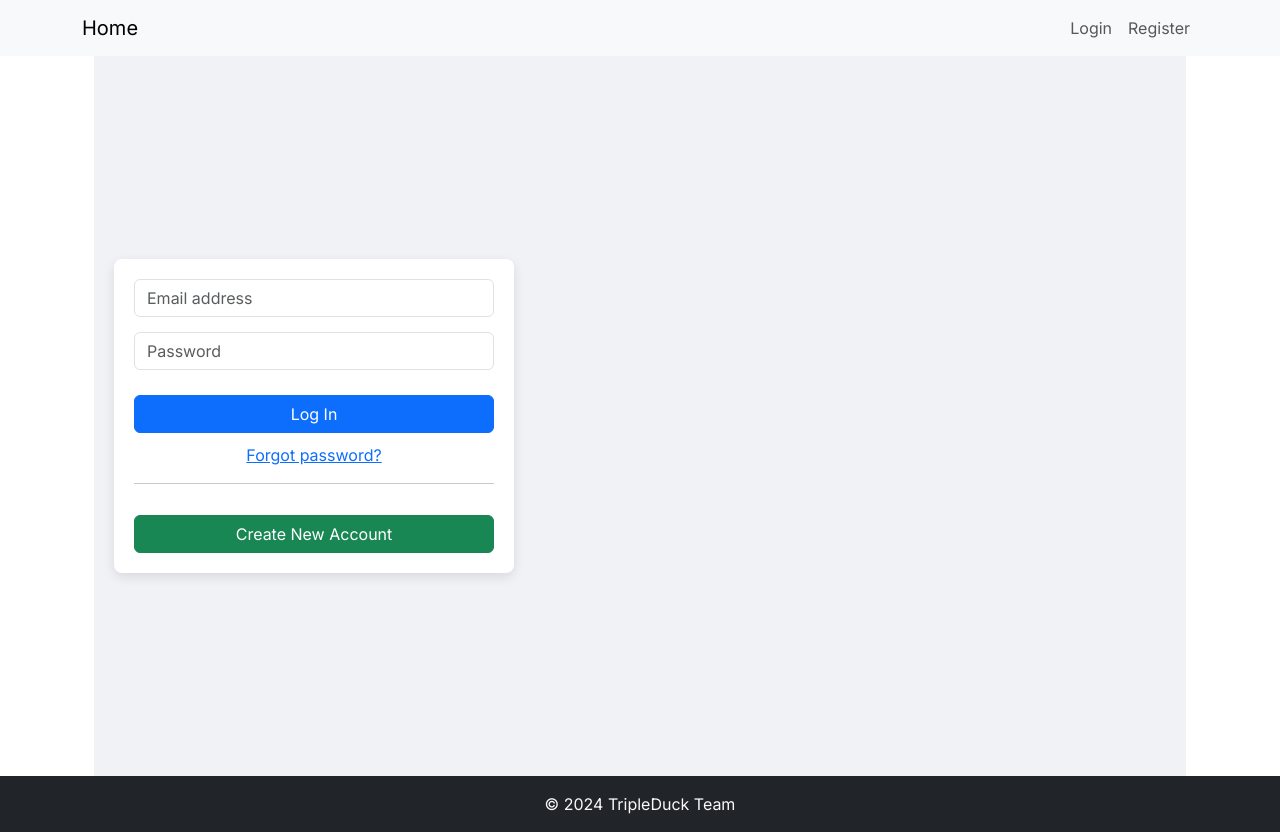
Repository: tdphong1293/KHDL01_DemoWebKafka
Page: /auth/login (app in Frontend_Client/)
These files come from the project's save history. The page is drawn as it stood at one moment and after the next save; the edit follows.
The browser window is 1280 px wide. The pictures show the whole page.
The project was rebuilt for these pictures with package versions that can differ from the ones it lists, and the page was loaded fresh each time. The framework's server and built-in components were replaced by stand-ins that run in the browser. Also part of the build but not shown: Frontend_Client/next.config.mjs.

Above is the page before, as saved 2024-07-21 20:28:33.

### Frontend_Client/src/app/layout.tsx
import type { Metadata } from "next";
import { Inter } from "next/font/google";
import 'bootstrap/dist/css/bootstrap.min.css';
// import "@/styles/globals.css";
import Header from "@/components/header";
import Footer from "@/components/footer";
import { Container } from "react-bootstrap";
import { ToastContainer } from 'react-toastify';
import 'react-toastify/dist/ReactToastify.css';

const inter = Inter({ subsets: ["latin"] });

export const metadata: Metadata = {
    title: "Create Next App",
    description: "Generated by create next app",
};

export default function RootLayout({
    children,
}: Readonly<{
    children: React.ReactNode;
}>) {
    return (
        <html lang="en">
            <body className={inter.className}>
                <Header />
                <Container>
                    {children}
                </Container>
                <Footer />
                <ToastContainer />
            </body>
        </html>
    );
}

### Frontend_Client/src/app/auth/login/page.tsx
// src/app/auth/login/page.tsx
'use client';

import { FC } from 'react';
import { Form, Button } from 'react-bootstrap';
import ClientLayout from '@/components/clientLayout';
import styles from '../../../styles/page.module.css';

const Login: FC = () => {
  const handleSubmit = (event: React.FormEvent<HTMLFormElement>) => {
    event.preventDefault();
    // Xử lý logic đăng nhập ở đây
  };

  return (
    <ClientLayout>
      <div className={styles.loginContainer}>
        <div className={styles.rightPanel}>
          <Form onSubmit={handleSubmit} className={styles.loginForm}>
            <Form.Group controlId="formBasicEmail" className={styles.formGroup}>
              <Form.Control type="email" placeholder="Email address" required />
            </Form.Group>

            <Form.Group controlId="formBasicPassword" className={styles.formGroup}>
              <Form.Control type="password" placeholder="Password" required />
            </Form.Group>

            <Button variant="primary" type="submit" className={styles.loginButton}>
              Log In
            </Button>

            <div className={styles.forgotPassword}>
              <a href="#">Forgot password?</a>
            </div>

            <hr />

            <Button variant="success" className={styles.createAccountButton}>
              Create New Account
            </Button>
          </Form>
        </div>
      </div>
    </ClientLayout>
  );
};

export default Login;

### Frontend_Client/src/components/header.tsx
'use client'

import Container from 'react-bootstrap/Container';
import Nav from 'react-bootstrap/Nav';
import Navbar from 'react-bootstrap/Navbar';
import Link from "next/link";

function Header() {
    return (
        <Navbar expand="lg" className="bg-body-tertiary">
            <Container>
                <Navbar.Brand>
                    <Link href={"/"} className="navbar-brand">Home</Link>
                </Navbar.Brand>
                <Navbar.Toggle aria-controls="basic-navbar-nav" />
                <Navbar.Collapse id="basic-navbar-nav">
                    <Nav className="me-auto">
                        {/* Các liên kết khác nếu có */}
                    </Nav>
                    <Nav className="ms-auto"> {/* Đặt các liên kết ở góc phải */}
                        <Nav.Item>
                            <Link href={"/auth/login"} className="nav-link">Login</Link>
                        </Nav.Item>
                        <Nav.Item>
                            <Link href={"/auth/register"} className="nav-link">Register</Link>
                        </Nav.Item>
                    </Nav>
                </Navbar.Collapse>
            </Container>
        </Navbar>
    );
}

export default Header;

### Frontend_Client/src/components/footer.tsx
'use client'
export default function Footer() {
    return (
        <footer className="bg-dark text-light py-3" style={{ display: 'flex', alignItems: 'center', justifyContent: 'center' }}>
            &copy; 2024 TripleDuck Team
        </footer>
    );
};

### Frontend_Client/src/components/clientLayout.tsx
// src/components/ClientLayout.tsx
'use client';

import { Container } from 'react-bootstrap';
import Header from './header';
import Footer from './footer';
import { ReactNode } from 'react';

export default function ClientLayout({ children }: { children: ReactNode }) {
  return (
    <>
      <Container>
        {children}
      </Container>
    </>
  );
}

### Frontend_Client/src/styles/page.module.css
.main {
  display: flex;
  flex-direction: column;
  justify-content: space-between;
  align-items: center;
  padding: 6rem;
  min-height: 100vh;
}

.description {
  display: inherit;
  justify-content: inherit;
  align-items: inherit;
  font-size: 0.85rem;
  max-width: var(--max-width);
  width: 100%;
  z-index: 2;
  font-family: var(--font-mono);
}

.description a {
  display: flex;
  justify-content: center;
  align-items: center;
  gap: 0.5rem;
}

.description p {
  position: relative;
  margin: 0;
  padding: 1rem;
  background-color: rgba(var(--callout-rgb), 0.5);
  border: 1px solid rgba(var(--callout-border-rgb), 0.3);
  border-radius: var(--border-radius);
}

.code {
  font-weight: 700;
  font-family: var(--font-mono);
}

.grid {
  display: grid;
  grid-template-columns: repeat(4, minmax(25%, auto));
  max-width: 100%;
  width: var(--max-width);
}

.card {
  padding: 1rem 1.2rem;
  border-radius: var(--border-radius);
  background: rgba(var(--card-rgb), 0);
  border: 1px solid rgba(var(--card-border-rgb), 0);
  transition: background 200ms, border 200ms;
}

.card span {
  display: inline-block;
  transition: transform 200ms;
}

.card h2 {
  font-weight: 600;
  margin-bottom: 0.7rem;
}

.card p {
  margin: 0;
  opacity: 0.6;
  font-size: 0.9rem;
  line-height: 1.5;
  max-width: 30ch;
  text-wrap: balance;
}

.center {
  display: flex;
  justify-content: center;
  align-items: center;
  position: relative;
  padding: 4rem 0;
}

.center::before {
  background: var(--secondary-glow);
  border-radius: 50%;
  width: 480px;
  height: 360px;
  margin-left: -400px;
}

.center::after {
  background: var(--primary-glow);
  width: 240px;
  height: 180px;
  z-index: -1;
}

.center::before,
.center::after {
  content: "";
  left: 50%;
  position: absolute;
  filter: blur(45px);
  transform: translateZ(0);
}

.logo {
  position: relative;
}
/* Enable hover only on non-touch devices */
@media (hover: hover) and (pointer: fine) {
  .card:hover {
    background: rgba(var(--card-rgb), 0.1);
    border: 1px solid rgba(var(--card-border-rgb), 0.15);
  }

  .card:hover span {
    transform: translateX(4px);
  }
}

@media (prefers-reduced-motion) {
  .card:hover span {
    transform: none;
  }
}

/* Mobile */
@media (max-width: 700px) {
  .content {
    padding: 4rem;
  }

  .grid {
    grid-template-columns: 1fr;
    margin-bottom: 120px;
    max-width: 320px;
    text-align: center;
  }

  .card {
    padding: 1rem 2.5rem;
  }

  .card h2 {
    margin-bottom: 0.5rem;
  }

  .center {
    padding: 8rem 0 6rem;
  }

  .center::before {
    transform: none;
    height: 300px;
  }

  .description {
    font-size: 0.8rem;
  }

  .description a {
    padding: 1rem;
  }

  .description p,
  .description div {
    display: flex;
    justify-content: center;
    position: fixed;
    width: 100%;
  }

  .description p {
    align-items: center;
    inset: 0 0 auto;
    padding: 2rem 1rem 1.4rem;
    border-radius: 0;
    border: none;
    border-bottom: 1px solid rgba(var(--callout-border-rgb), 0.25);
    background: linear-gradient(
      to bottom,
      rgba(var(--background-start-rgb), 1),
      rgba(var(--callout-rgb), 0.5)
    );
    background-clip: padding-box;
    backdrop-filter: blur(24px);
  }

  .description div {
    align-items: flex-end;
    pointer-events: none;
    inset: auto 0 0;
    padding: 2rem;
    height: 200px;
    background: linear-gradient(
      to bottom,
      transparent 0%,
      rgb(var(--background-end-rgb)) 40%
    );
    z-index: 1;
  }
}

/* Tablet and Smaller Desktop */
@media (min-width: 701px) and (max-width: 1120px) {
  .grid {
    grid-template-columns: repeat(2, 50%);
  }
}

@media (prefers-color-scheme: dark) {
  .vercelLogo {
    filter: invert(1);
  }

  .logo {
    filter: invert(1) drop-shadow(0 0 0.3rem #ffffff70);
  }
}

@keyframes rotate {
  from {
    transform: rotate(360deg);
  }
  to {
    transform: rotate(0deg);
  }
}

/*Login*/
.loginContainer {
  display: flex;
  justify-content: space-between;
  align-items: center;
  height: 100vh;
  padding: 0 20px;
  background-color: #f0f2f5;
}

.leftPanel {
  flex: 1;
  max-width: 600px;
}

.brand {
  font-size: 3rem;
  color: #1877f2;
}

.description {
  font-size: 1.2rem;
  margin-top: 10px;
}

.rightPanel {
  flex: 1;
  max-width: 400px;
  background-color: white;
  padding: 20px;
  border-radius: 8px;
  box-shadow: 0 4px 12px rgba(0, 0, 0, 0.1);
}

.loginForm {
  display: flex;
  flex-direction: column;
}

.formGroup {
  margin-bottom: 15px;
}

.loginButton {
  width: 100%;
  margin-top: 10px;
}

.forgotPassword {
  text-align: center;
  margin-top: 10px;
}

.createAccountButton {
  width: 100%;
  margin-top: 15px;
}

After the next save:
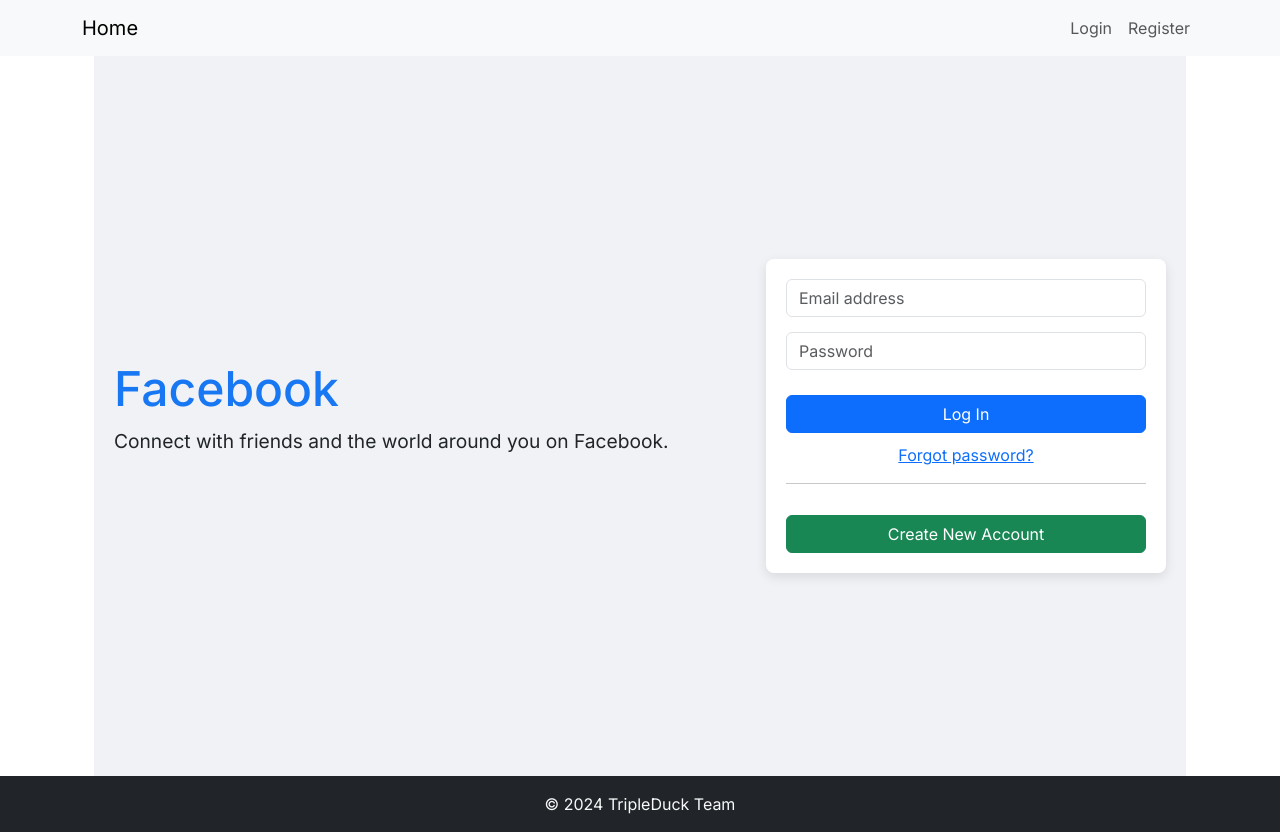
Saved 8 s later.
--- a/Frontend_Client/src/app/auth/login/page.tsx
+++ b/Frontend_Client/src/app/auth/login/page.tsx
@@ -15,6 +15,10 @@
   return (
     <ClientLayout>
       <div className={styles.loginContainer}>
+        <div className={styles.leftPanel}>
+          <h1 className={styles.brand}>Facebook</h1>
+          <p className={styles.description}>Connect with friends and the world around you on Facebook.</p>
+        </div>
         <div className={styles.rightPanel}>
           <Form onSubmit={handleSubmit} className={styles.loginForm}>
             <Form.Group controlId="formBasicEmail" className={styles.formGroup}>
